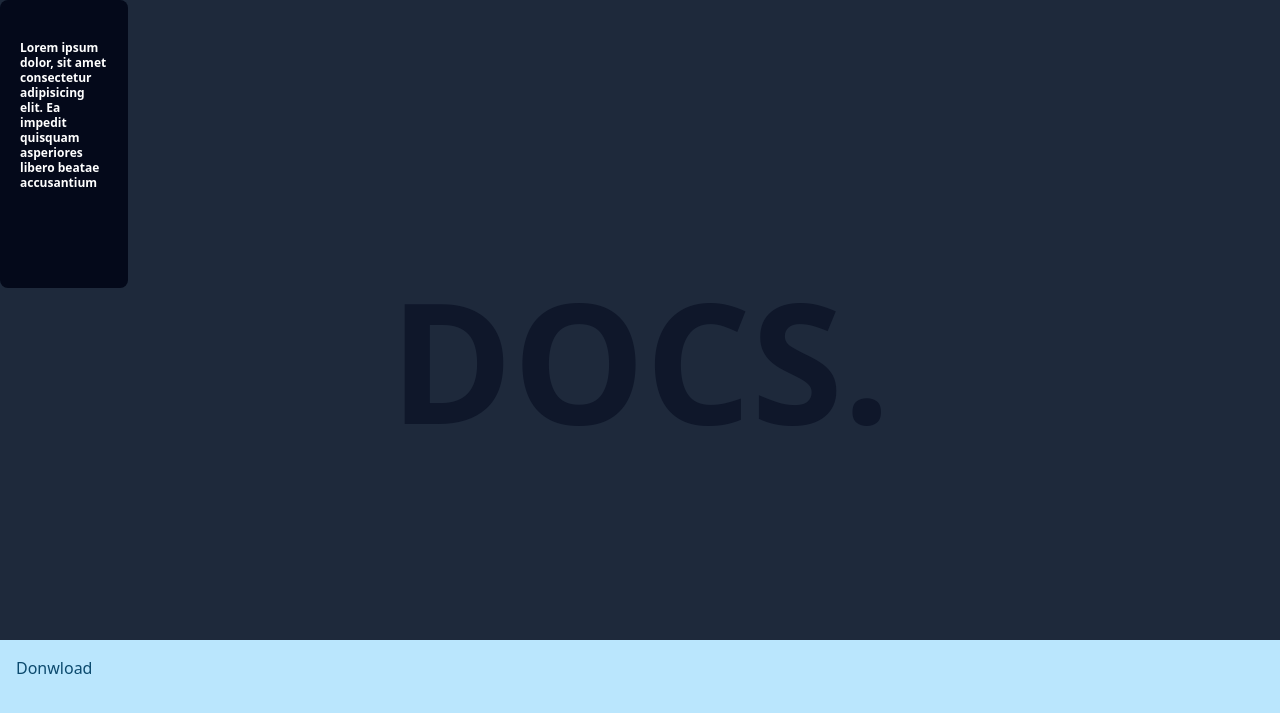
Repository: aliakbarmotallebi/framer-react
Page: /
These files come from the project's save history. The page is drawn as it stood at one moment and after the next save; the edit follows.
The browser window is 1280 px wide. The pictures show the whole page.
The project was rebuilt for these pictures with package versions that can differ from the ones it lists, and the page was loaded fresh each time.

Above is the page before, as saved 2024-08-14 18:36:37.

### src/App.js
import React from "react";
import Background from "./components/Background";
import Card from "./components/Card";

function App() {
  return (
    <div className="relative h-screen w-full bg-slate-800">
      <Background />
      <Card />
    </div>
  );
}

export default App;

### src/components/Background.jsx
import React from "react";

function Background() {
    return <h1 className="absolute left-1/2 top-1/2 -translate-x-[50%] -translate-y-[50%] text-[13vw] font-semibold text-slate-900">
    DOCS.
  </h1>
}

export default Background;

### src/components/Card.jsx
import React, { Component } from 'react';

class Card extends Component {
    render() {
        return (
            <div className="w-32 h-72 rounded-lg bg-slate-950/90 p-5 text-white">

                <p className="text-xs leading-tight mt-5 font-semibold">
                    Lorem ipsum dolor, sit amet consectetur adipisicing elit. Ea impedit quisquam asperiores libero beatae accusantium
                </p>
                <div className="footer absolute bottom-0 bg-sky-200 w-full h-20 left-0">
                    <button className="text-sky-900 p-4">
                        Donwload
                    </button>
                </div>
            </div>
        );
    }
}

export default Card;

Loaded but not shown: public/index.html (common file); src/index.js (common file); src/index.css (common file); tailwind.config.js (common file)

After the next save:
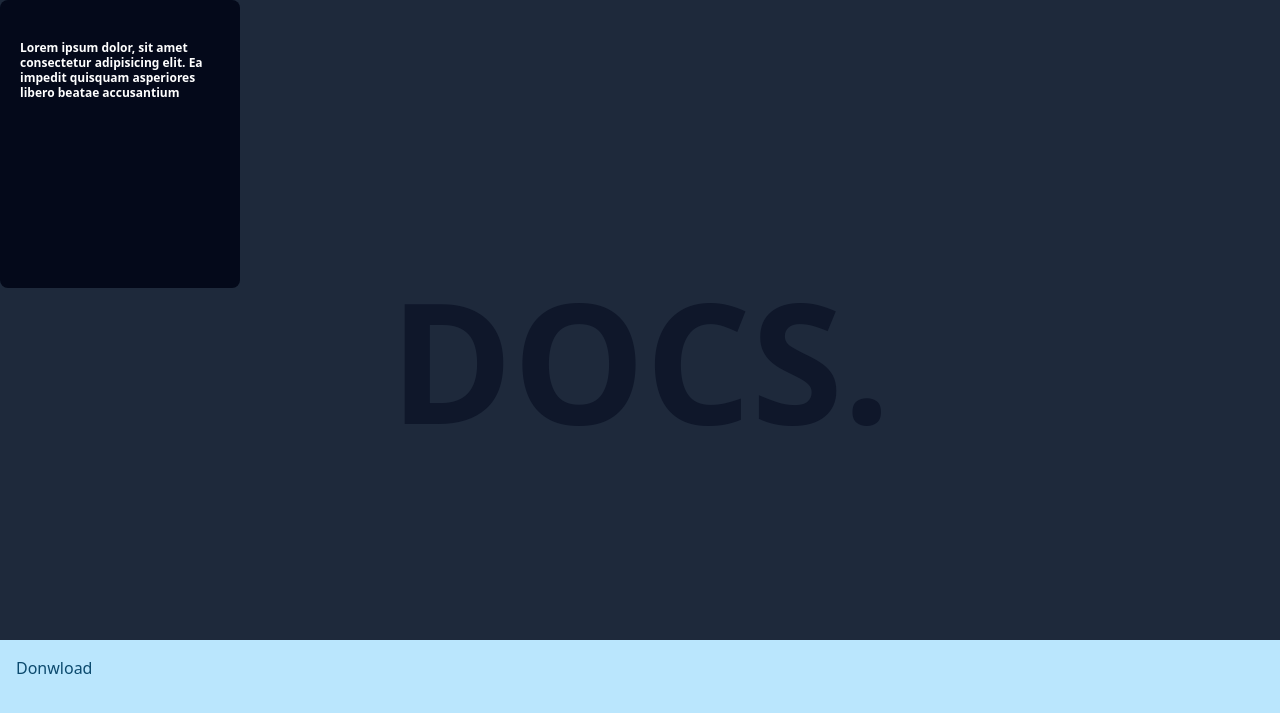
Saved 32 s later.
--- a/src/components/Card.jsx
+++ b/src/components/Card.jsx
@@ -3,7 +3,7 @@ import React, { Component } from 'react';
 class Card extends Component {
     render() {
         return (
-            <div className="w-32 h-72 rounded-lg bg-slate-950/90 p-5 text-white">
+            <div className="w-60 h-72 rounded-lg bg-slate-950/90 p-5 text-white">
 
                 <p className="text-xs leading-tight mt-5 font-semibold">
                     Lorem ipsum dolor, sit amet consectetur adipisicing elit. Ea impedit quisquam asperiores libero beatae accusantium
